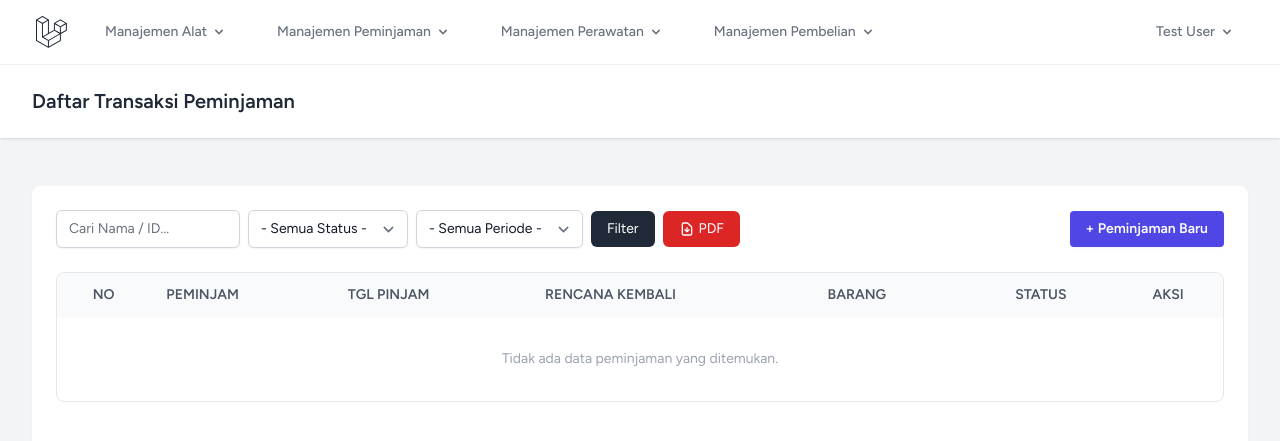
Repository: jeehany/Inventaris-Multimedia
Page: http://localhost/borrowings
An editor plug-in stored every save of this project. The page is shown before and after the next save, followed by the edit.
The browser window is 1280 px wide. The pictures show the whole page.
The page is served by the project's Laravel application, run on PHP 8.4 with Laravel 12. A made-up administrator, Test User (test@example.com), is signed in. Style sheets and scripts are compiled from the project's sources, by tool versions that may differ from the author's. Queries for data that is not in the repository find no rows.

Above is the page before, as saved 2025-12-27 14:01:23.

After the next save:
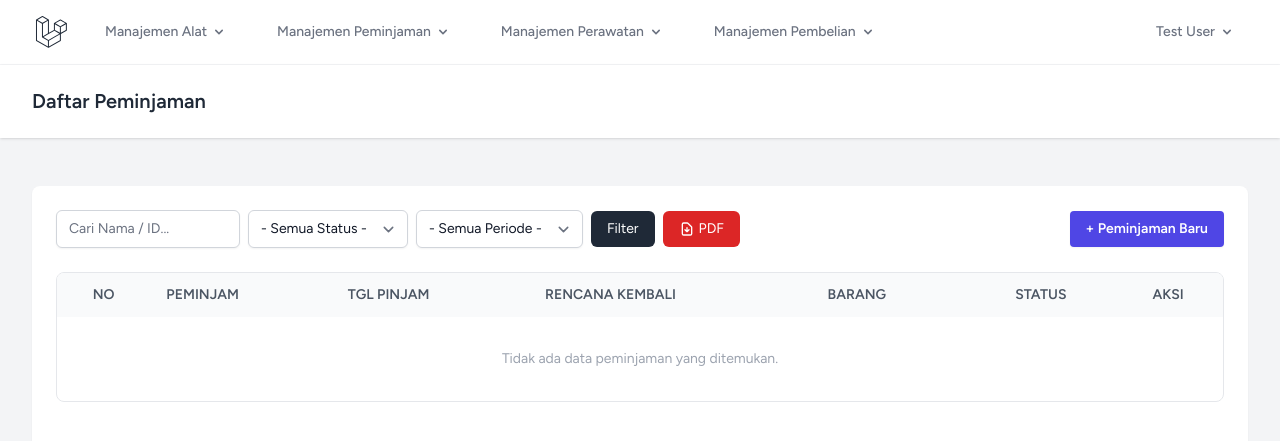
Saved 86 s later.
--- a/resources/views/borrowings/index.blade.php
+++ b/resources/views/borrowings/index.blade.php
@@ -1,7 +1,7 @@
 <x-app-layout>
     <x-slot name="header">
         <h2 class="font-semibold text-xl text-gray-800 leading-tight">
-            {{ __('Daftar Transaksi Peminjaman') }}
+            {{ __('Daftar Peminjaman') }}
         </h2>
     </x-slot>
 
